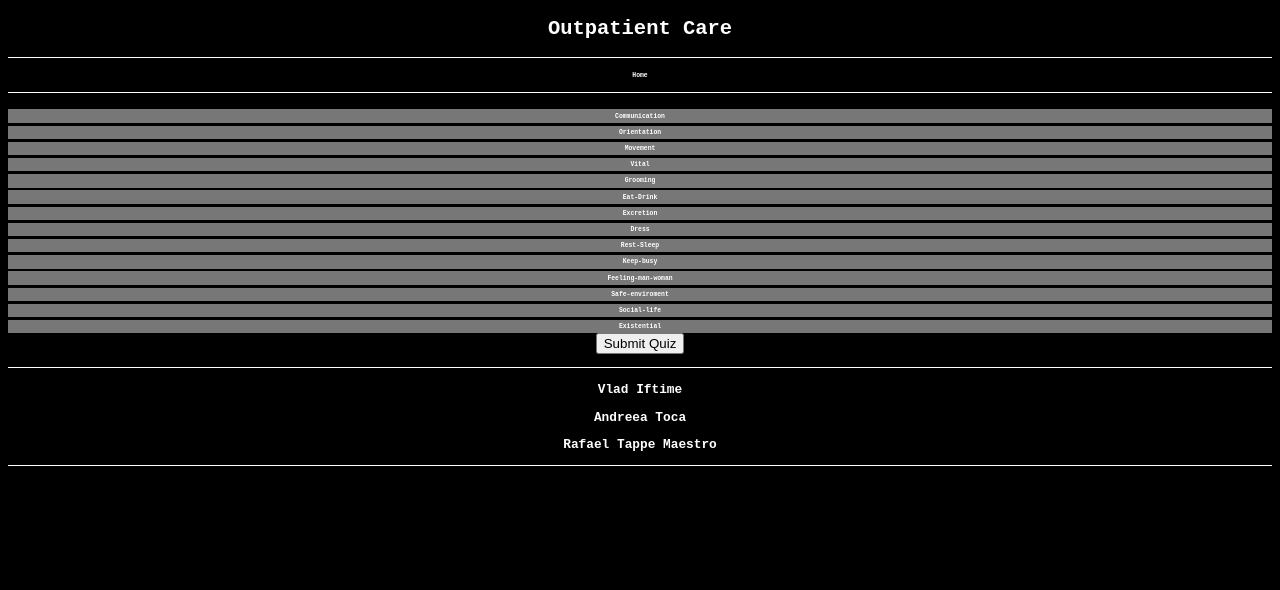
Repository: VladIftime/KnowledgeTechnology2019
Page: src/front/index.html
An editor plug-in stored every save of this project. The page is shown before and after the next save, followed by the edit.
The browser window is 1280 px wide. The pictures show the whole page.

Above is the page before, as saved 2020-01-11 20:18:24.

### src/front/index.html
<!DOCTYPE html>
<html lang="en">
    <head>
        <meta charset="UTF-8">
        <meta name="description" content="This is a knowledge base and inference system. It classifies a patient's need for outpatient care.">
        <meta name="keywords" content="Outpatient, Care, knowledge, base, technology, inference">
        <meta name="viewport" content=" classth=device- classth, initial-scale=1.0">
        <title>Outpatient Care</title>

        <link rel="stylesheet" href="style.css">
        <link rel="icon" type="image/png" href="favicon.png">
    </head>

    <body>
        <header>
            <h1>
                <span class=brokenLine>Outpatient<br>Care</span>
                <span class=oneLine>Outpatient Care</span>
            </h1>
        </header>
        <nav>
            <hr>
            <p style="font-size:50%;"><a href="http://localhost:8000/">Home</a></p>
            <hr>
        </nav>
        <article>
            <section id=HealthAreas></section>
        </article>
            <div id = warning style="display: none;">Please answers all the questions first</div>
            <button id= submit >Submit Quiz</button>
            <div id = Result></div>
        <footer>
            <hr>
            <p><a href="https://github.com/VladIftime/">Vlad Iftime</a></p>
            <p><a href="https://github.com/AndreeaToca/">Andreea Toca</a></p>
            <p><a href="https://github.com/Wehzie/">Rafael Tappe Maestro</a></p>
            <hr>
        </footer>
        <script src="questions.js"></script>
        <script src="inference.js"></script>
        <script src="collapsible.js"></script>
    </body>
</html>

### src/front/style.css
html {
    font-family: "Courier New", Courier, monospace;
    color: white;
    background-color:  black;
}

.brokenLine {font-size: 80%;}
.oneLine {display: none;}

@media screen and (min-width: 5cm) {
    .brokenLine {display: none;}
    .oneLine {font-size: 80%; display: block}
}

body {
    font-size: 80%;
    text-align: center;
}

nav {
    font-weight: bold;
}

footer {
    font-weight: bold;
}

a:visited {
    color: white;
    background-color: transparent;
    text-decoration: none;
}

a:link {
    color: white;
    background-color: transparent;
    text-decoration: none;
}

a:hover {
    color: rgb(139, 208, 251);
    background-color: transparent;
    text-decoration: none;
}

a:active {
    color: white;
    background-color: transparent;
    text-decoration: none;
}

hr {
    display: block;
    height: 1px;
    border: 0;
    border-top: 1px solid white;
    margin: 1em 0;
    padding: 0;
}

.collapse {
    font-family: "Courier New", Courier, monospace;
    font-size: 50%;
    font-weight: bold;

    background-color: #777;
    color: white;
    cursor: pointer;
    padding: 0.5em;
    width: 100%;
    border: none;
    text-align: center;
    outline: none;
}

.collapse-active, .collapse:hover {
    background-color: #555;
}

.collapse-content {
    padding: 0 18px;
    display: none;
    overflow: hidden;
    background-color: darkcyan;
}

.q-grid {
    display: grid;
    grid-template-columns: 25vw auto;
}

.q-grid > p {
    text-align: left;
    grid-column: 2;
}

.ans-grid {
    display: grid;
    grid-template-columns: 40vw auto;
}

.ans-box {
    display: block;
    text-align: left;
    grid-column: 2;
}

.font {
    font-size: 80%;
}

### src/front/questions.js
// Question class and objects
let areas = ['Communication','Orientation','Movement','Vital','Grooming',
             'Eat-Drink','Excretion','Dress','Rest-Sleep','Keep-busy',
             'Feeling-man-woman','Safe-enviroment','Social-life','Existential'];


function createSections() {
    let sec = document.getElementById('HealthAreas');
    for (let index = 0; index < areas.length; index++) {
        const element = areas[index];
        let title = element;
        //title[0].toUpperCase();
        sec.innerHTML+='<section id ='+ element + '> <button type="button" class="collapse">'+title+'</button> <div class="collapse-content"> </div> </section>'
    }
}

createSections();

class Question {
    constructor(question, hint, choices, points, classOfQuestion, name) {
        this.question = question;
        this.hint = hint;
        this.choices = choices;
        this.classOfQuestion = classOfQuestion;
        this.name = name;
    }

    showQuestion() {
        let sec = document.getElementById(this.classOfQuestion).getElementsByClassName('collapse-content')[0];
        sec.innerHTML+= '<div class='+this.classOfQuestion+' id='+this.name+'><div class = q-grid><p class=font>' + this.question + '</p></div></div>';
    }

    showChoices() {
        return null;
    }

    display() {
        this.showQuestion();
        this.showChoices();
    }
}

class MultipleChoice extends Question{
    constructor(question, hint, choices, classOfQuestion, name) {
        super(question, hint, choices, '', classOfQuestion, name);
    }

    showChoices() {
        let htmlString = '<div class = ans-grid> <div class = ans-box>';
        for (let index = 0; index < this.choices.length; index++) {
            htmlString += ('<input class=font type=\'radio\' name=' + this.name + ' value= \''  + index + '\'>'+ this.choices[index] + '<br>');
        }
        document.getElementById(this.name).innerHTML += htmlString + '</div> </div>';
    }
}

class MultipleChoiceImpair extends MultipleChoice{
    constructor(question, hint, classOfQuestion, name) {
        super(question, hint, ['Unimpaired', 'Partially impaired', 'Impaired'], classOfQuestion, name);
    }
}

class TickBox extends Question{
    constructor(question, hint, choices, classOfQuestion, name) {
        super(question, hint, choices, '', classOfQuestion, name);
    }

    showChoices() {
        let htmlString = '<div class = ans-grid> <div class = ans-box>';
        for (let index = 0; index < this.choices.length; index++) {
            htmlString += ('<input type=\'checkbox\' name=\'option\' value= \'1\'>' + this.choices[index] + '<br>');
        }
        document.getElementById(this.name).innerHTML += htmlString + '</div> </div>';
    }
}
//Communication
const question1 = new MultipleChoiceImpair('Hearing:','','Communication','question1');
const question2 = new MultipleChoiceImpair('Sight','','Communication','question2');
const question3 = new MultipleChoiceImpair('Speech:','','Communication','question3');
const question4 = new MultipleChoiceImpair('Ability to express feelings and desires:','','Communication','question4');
//Orientation
const question5 = new MultipleChoiceImpair('Temporal orientation:','','Orientation','question5');
const question6 = new MultipleChoiceImpair('Local orientation:','','Orientation','question6');
const question7 = new MultipleChoiceImpair('Personal orientation:','','Orientation','question7');
const question8 = new MultipleChoiceImpair('Situational orientation:','','Orientation','question8');
//Movement
const question9 = new MultipleChoiceImpair('Ability to walk alone:','','Movement','question9');
const question10 = new MultipleChoiceImpair('Ability to stand alone:','','Movement','question10');
const question11 = new MultipleChoiceImpair('Ability to sit alone:','','Movement','question11');
const question12 = new MultipleChoiceImpair('Ability to lay down alone:','','Movement','question12');
const question13 = new MultipleChoiceImpair('Ability to visit infrastracture:','','Movement','question13');
//Vital functions


question1.display();
question2.display();
question3.display();
question4.display();
question5.display();
question6.display();
question7.display();
question8.display();
question9.display();
question10.display();
question11.display();
question12.display();
question13.display();

Loaded but not shown: src/front/collapsible.js (no copy from this time; the picture is the same without it); src/front/inference.js (no copy from this time; the picture is the same without it)

After the next save:
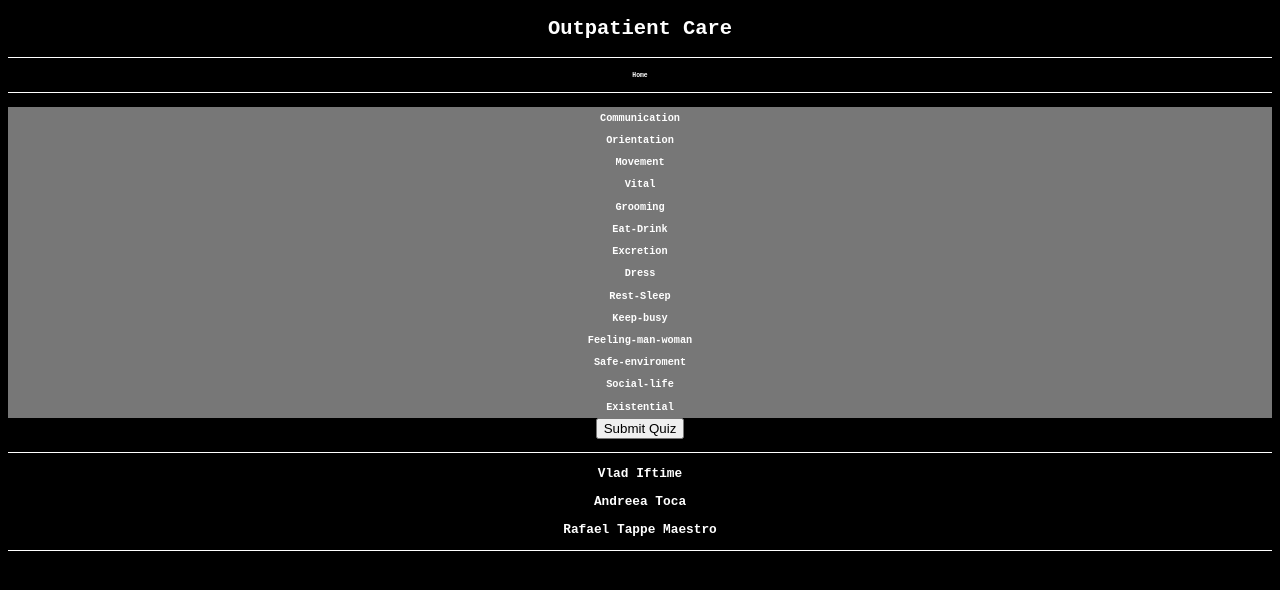
Saved 8 s later.
--- a/src/front/style.css
+++ b/src/front/style.css
@@ -60,7 +60,7 @@ hr {
 
 .collapse {
     font-family: "Courier New", Courier, monospace;
-    font-size: 50%;
+    font-size: 80%;
     font-weight: bold;
 
     background-color: #777;
